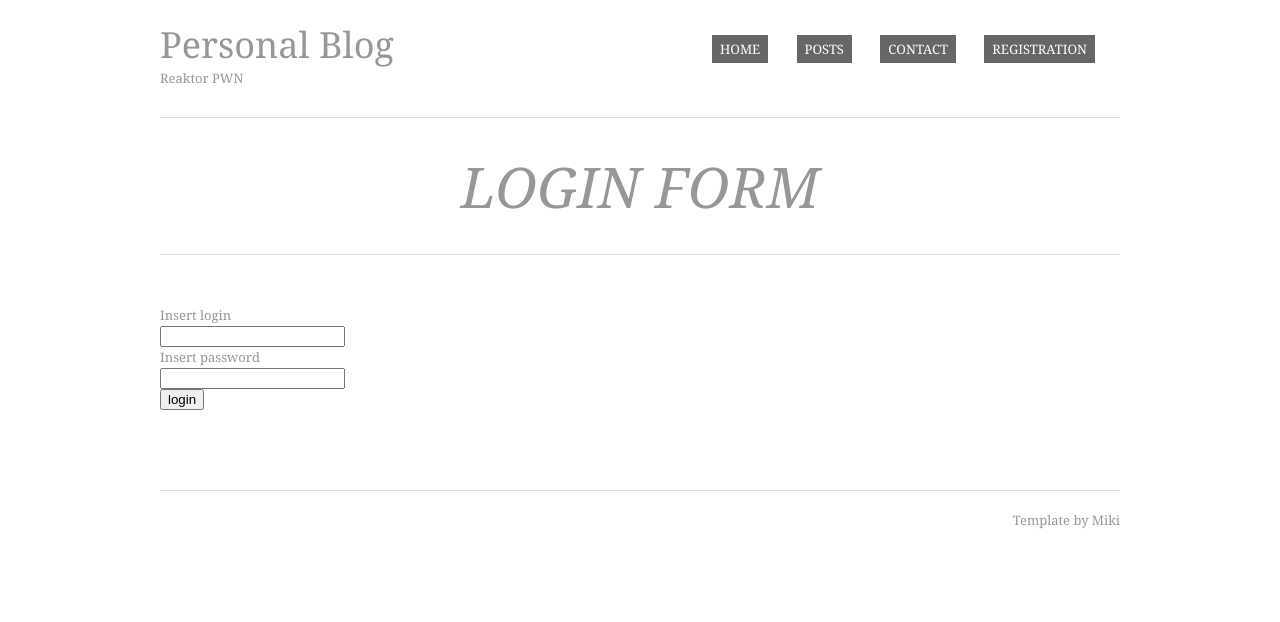
Repository: AnnaPolatynska/SpringCwiczenia
Page: http://localhost/loginForm
An editor plug-in stored every save of this project. The page is shown before and after the next save, followed by the edit.
The browser window is 1280 px wide. The pictures show the whole page.
The page is this project's Thymeleaf template; nobody is signed in. The template is opened directly, without the code that normally fills it, so the values that code supplies are empty.

Above is the page before, as saved 2017-08-31 13:27:32.

After the next save:
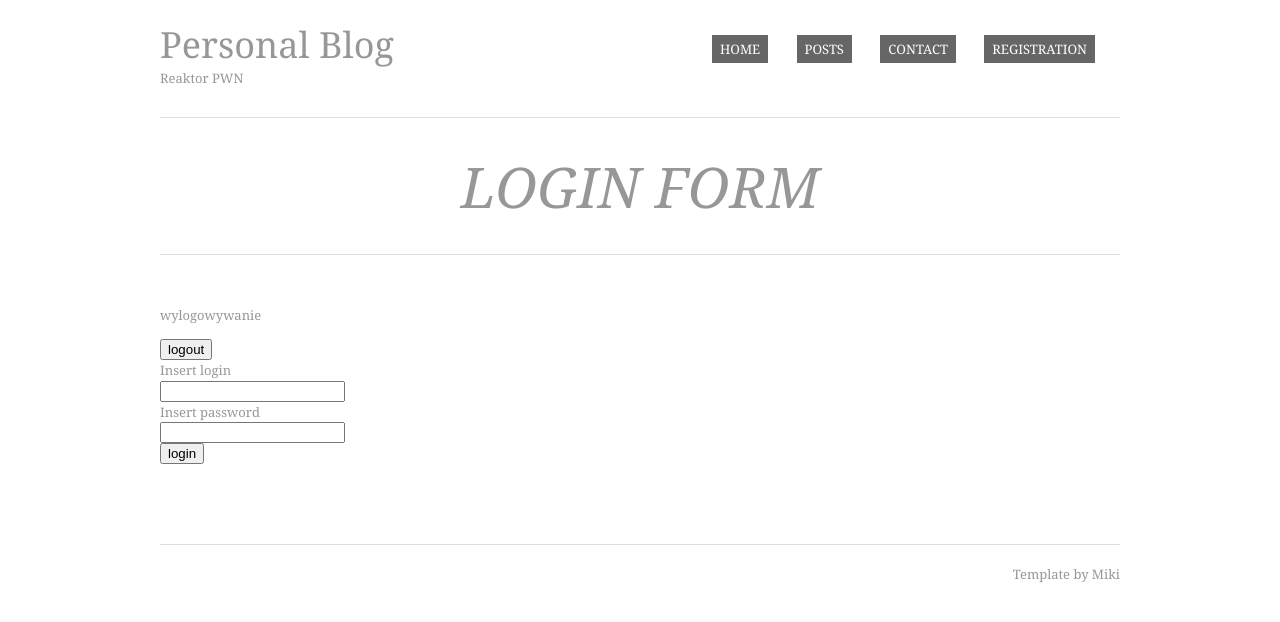
Saved 11 min 38 s later.
--- a/D-MVC2-JAR/src/main/resources/templates/loginForm.html
+++ b/D-MVC2-JAR/src/main/resources/templates/loginForm.html
@@ -32,6 +32,12 @@
     <!-- main content -->
     <section id="services" class="clear">
       <!-- article 1 -->
+      <p>wylogowywanie </p>
+	<form th:action="@{/logout}" method= "post">
+		<input type= "submit" value= "logout"/>
+	</form>
+
+
       <article>
         <form th:action="@{/blog}" method="post" th:object="${reg}">
 			<p> Insert login </p>
